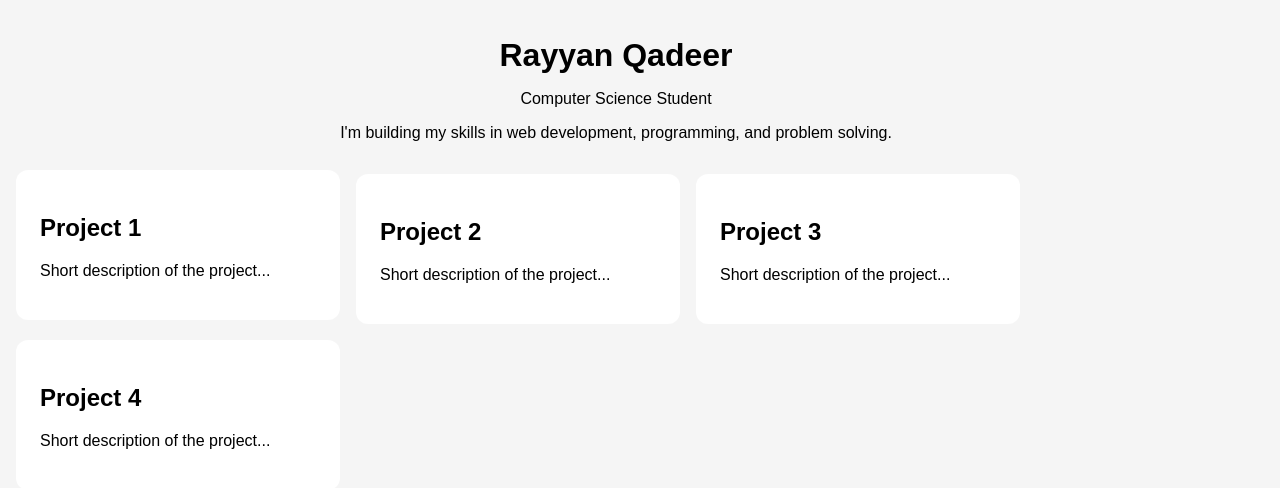
Repository: rayyan-qadeer/rayyan-qadeer
Page: index.html
These files come from the project's save history. The page is drawn as it stood at one moment and after the next save; the edit follows.
The browser window is 1280 px wide. The pictures show the whole page.
The pointer rests on the first visible `.card`.

Above is the page before, as saved 2026-04-22 13:39:23.

### index.html
<!doctype html>
<html lang="en">
  <head>
    <meta charset="UTF-8" />
    <meta name="viewport" content="width=device-width, initial-scale=1.0" />
    <title>Rayyan Qadeer Portfolio</title>
    <link rel="stylesheet" href="./styles/globals.css" />
    <link rel="stylesheet" href="./styles/index.css" />
  </head>
  <body>
    <main>
      <header>
        <h1>Rayyan Qadeer</h1>
        <p>Computer Science Student</p>
        <p>
          I'm building my skills in web development, programming, and problem
          solving.
        </p>
      </header>

      <section class="projects">
        <article class="card">
          <h2>Project 1</h2>
          <p>Short description of the project...</p>
        </article>

        <article class="card">
          <h2>Project 2</h2>
          <p>Short description of the project...</p>
        </article>

        <article class="card">
          <h2>Project 3</h2>
          <p>Short description of the project...</p>
        </article>

        <article class="card">
          <h2>Project 4</h2>
          <p>Short description of the project...</p>
        </article>
      </section>
    </main>
  </body>
</html>

### styles/globals.css
body {
    margin: 0rem;
    font-family: Arial, Helvetica, sans-serif;
    background-color: whitesmoke;
    color: black
}

### styles/index.css
main {
  padding: 1rem;
  max-width: 1200px;
  margin: 0rem;
}

header {
  text-align: center;
  margin-bottom: 2rem;
}

header h1 {
  margin-bottom: 0.5rem;
}

.projects {
  display: flex;
  flex-direction: column;
  gap: 1rem;
}

.card {
  background-color: white;
  padding: 1.5rem;
  border-radius: 12px;
}

.card:hover {
  transform: translateY(-4px);
}

@media (min-width: 768px) {
  .projects {
    flex-direction: row;
    flex-wrap: wrap;
  }

  .card {
    width: 48%;
  }
}

@media (min-width: 1024px) {
  .card {
    width: 23%;
  }
}

After the next save:
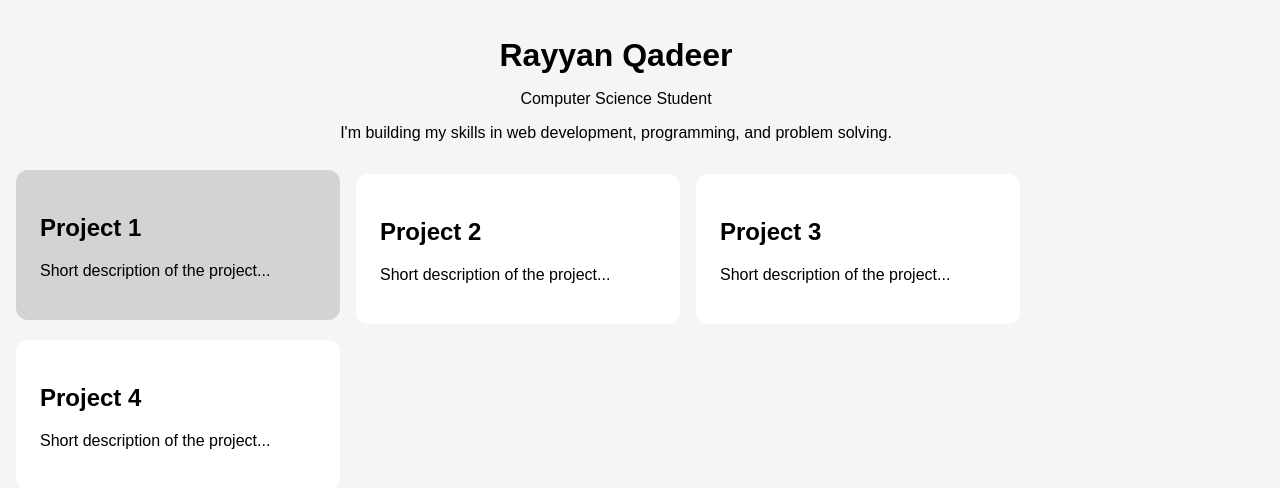
Saved 6 min 26 s later.
--- a/styles/index.css
+++ b/styles/index.css
@@ -27,6 +27,7 @@ header h1 {
 
 .card:hover {
   transform: translateY(-4px);
+  background-color: lightgray;
 }
 
 @media (min-width: 768px) {
